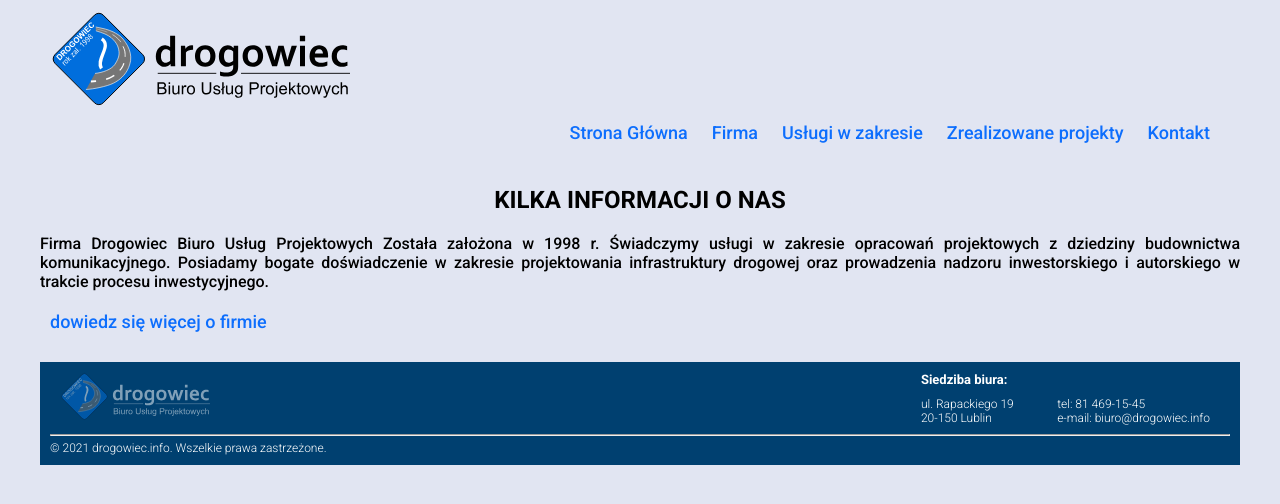
Repository: AdamBodzak/WTF_v2
Page: index.html
These files come from the project's save history. The page is drawn as it stood at one moment and after the next save; the edit follows.
The browser window is 1280 px wide. The pictures show the whole page.

Above is the page before, as saved 2021-01-09 17:02:32.

### index.html
<!DOCTYPE html>
<html lang="pl">
<head>
    <meta charset="UTF-8">
    <meta name="viewport" content="width=device-width, initial-scale=1.0">
    <link rel="preconnect" href="https://fonts.gstatic.com">
    <link rel="stylesheet" href="style.css" type="text/css">
    <title>DROGOWIEC Biuro Usług Projektowych</title>
</head>
<body>
    <header>
        <a href="index.html">
            <img id="logo" src="./img/LogoBlack.svg" alt="Logo image">
        </a>
        <nav>
            <ul id="nawigationBar">
                <li> <a class="menuItem" href="#"> Strona Główna </a></li>
                <li> <a class="menuItem" href="#"> Firma </a></li>
                <li> <a class="menuItem" href="#"> Usługi w zakresie </a></li>
                <li> <a class="menuItem" href="#"> Zrealizowane projekty </a></li>
                <li> <a class="menuItem" href="#"> Kontakt </a></li>
            </ul>
        </nav>
    </header>
    <main>
        <section>
            <h1 id="hederSection">KILKA INFORMACJI O NAS</h1>
            <p id="paragrafSection">
                Firma Drogowiec Biuro Usług Projektowych Została założona w 1998 r.
                Świadczymy usługi w zakresie opracowań projektowych z dziedziny budownictwa
                komunikacyjnego. Posiadamy bogate doświadczenie w zakresie projektowania infrastruktury
                drogowej oraz prowadzenia nadzoru inwestorskiego i autorskiego w trakcie procesu inwestycyjnego.
            </p>
            <a id="buttonSection" href="#">
                dowiedz się więcej o firmie
            </a>
        </section>
    <main>
    <footer>
        <div id="footerID">
            <div class="footerElement">
                <a href="index.html">
                    <img id="logoFooter" src="./img/LogoWhite.svg" alt="Logo image">
                </a>
            </div>
            <div id="kontakt" class="footerElement">
                <h2 id="footerHeder">
                    Siedziba biura:
                </h2>
                <p id="footerKontakt">
                    ul. Rapackiego 19 <br>
                    20-150 Lublin
                </p>
                <p id="footerKontakt">
                    tel: 81 469-15-45 <br>
                    e-mail: biuro@drogowiec.info
                </p>
            </div>
            <hr>
            <p id="footerLow">
                © 2021 drogowiec.info. Wszelkie prawa zastrzeżone.
            </p>
        </div>
    </footer>
</body>
</html>

### style.css
@import url('https://fonts.googleapis.com/css2?family=Roboto:wght@300;500;700&display=swap');

* {
    box-sizing: border-box;
    margin: 0px;
    padding: 0px;
}

body {
    max-width: 1200px;
    font-weight: 500;
    font-family: 'Roboto', sans-serif;
    background-color: #E1E5F2;
    margin-left: auto;
    margin-right: auto;
}

#logo {
    width: 300px;
    margin: 10px;
}

#nawigationBar{
    text-align: right;
    margin-right: 20px;
    height: 44px;
}

#nawigationBar>li {
    display: inline-block;
}

.menuItem{
    font-size: 18px;
    color: #0d6efd;
    text-decoration: none;
    padding: 10px;
}

.menuItem:hover {
    color: #FFF;
    background-color:#0d6efd;
}

#hederSection {
    text-align: center;
    padding: 20px;
}

#paragrafSection {
    text-align: justify;
    padding-bottom: 10px;
}

#buttonSection {
    font-size: 18px;
    color: #0d6efd;
    text-decoration: none;
    padding: 10px;
    display: block;
    width: 300px;
    position: center;
}

#buttonSection:hover {
    color: #FFF;
    background-color:#0d6efd;
}

#logoFooter {
    width: 150px;
    opacity: 0.5;
}

.footerElement {
    display: inline-block;
    margin: 10px;
}

#footerID {
    position: relative;
    margin-top: 20px;
    padding: 0px 10px 10px 10px;
    font-weight: 300;
    font-size: 14px;
    color: white;
    background-color: #004070;
}

#kontakt {
    position: absolute;
    right: 0px;
}

#footerKontakt {
    display: inline-block;
    font-size: 12px;
    margin: 10px 20px;
}

#footerHeder {
    margin: 0px 20px;
    font-size: 13px;
}

#footerLow {
    font-size: 12px;
    padding-top: 5px;
}

Loaded but not shown: img/LogoWhite.svg (19 lines, source omitted); img/LogoBlack.svg (19 lines, source omitted)

After the next save:
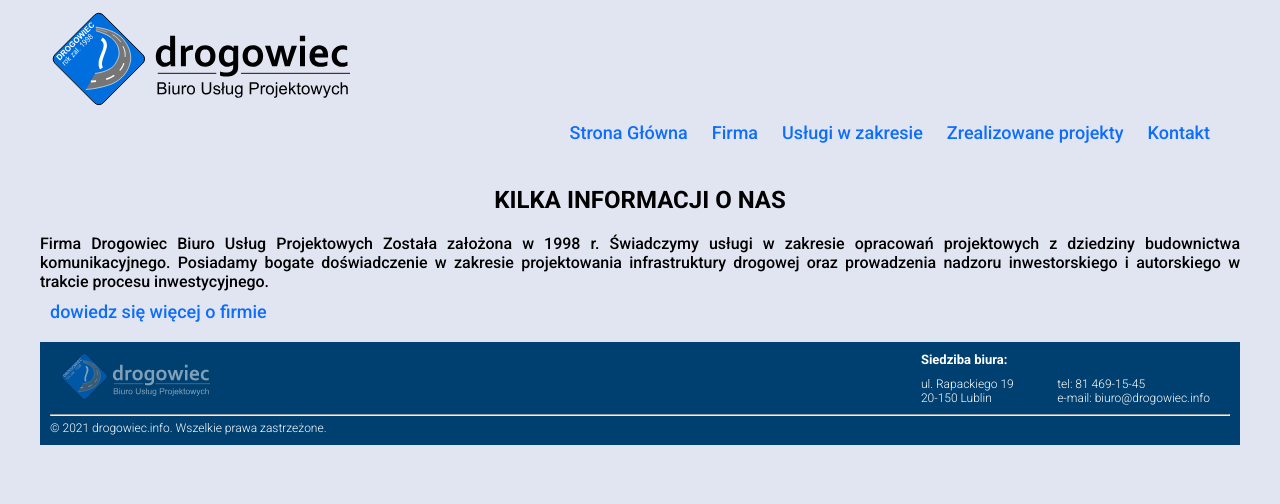
Saved 9 s later.
--- a/style.css
+++ b/style.css
@@ -57,9 +57,6 @@
     color: #0d6efd;
     text-decoration: none;
     padding: 10px;
-    display: block;
-    width: 300px;
-    position: center;
 }
 
 #buttonSection:hover {
